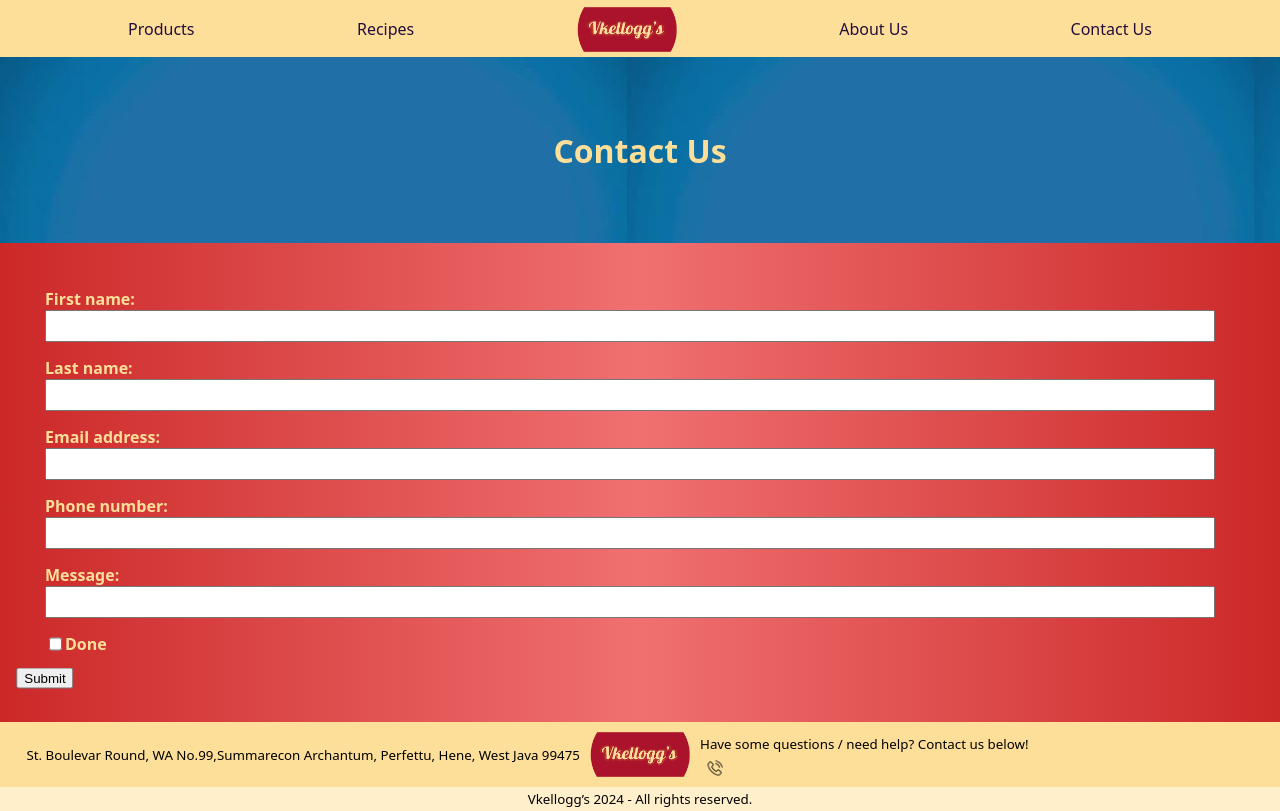
Repository: sugralld/VKelloggs
Page: Code and Assets/html/contactus.html
An editor plug-in stored every save of this project. The page is shown before and after a run of saves, followed by the edit.
The browser window is 1280 px wide. The pictures show the whole page.

Above is the page before, as saved 2024-12-04 06:25:25.

After the next 2 saves:
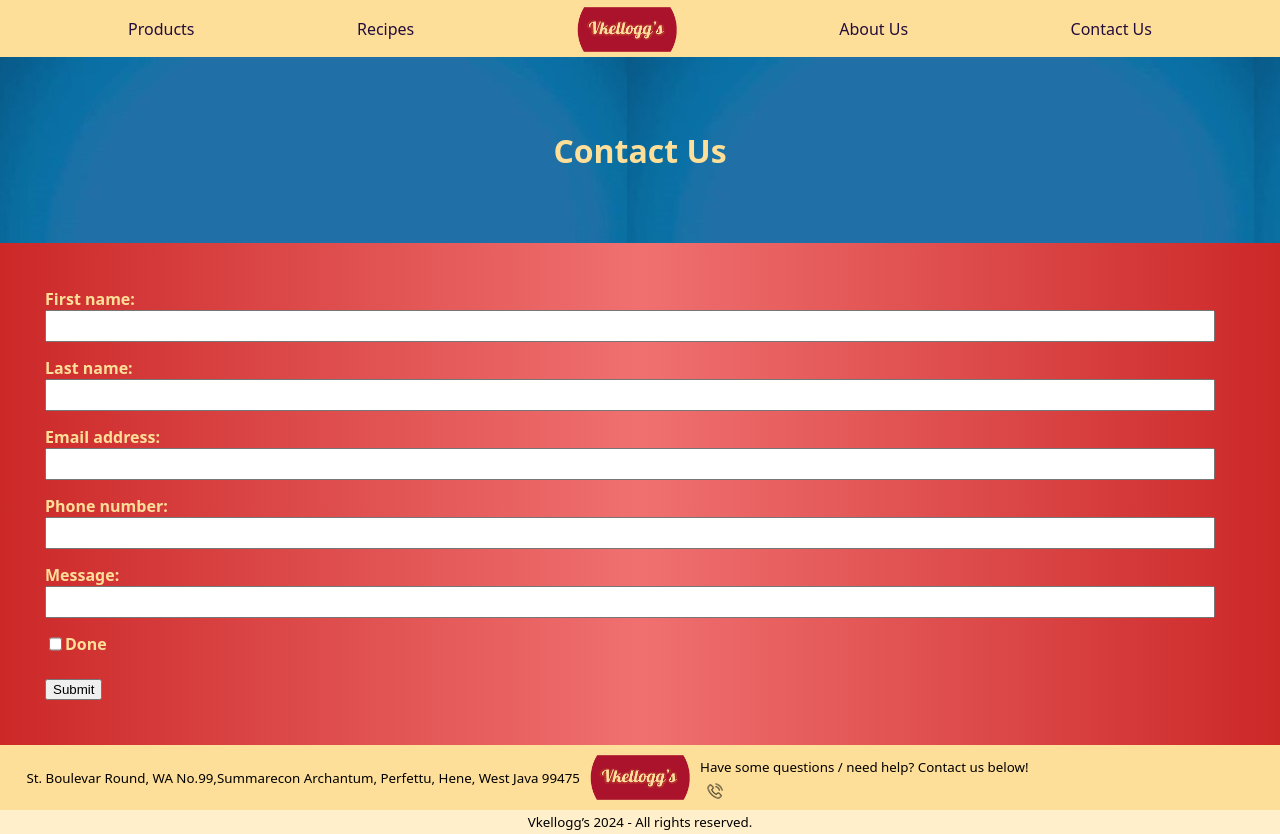
The 2 saves are shown as one change because they came seconds apart.
The last was saved 14 s later.
--- a/Code and Assets/css/contactus.css
+++ b/Code and Assets/css/contactus.css
@@ -35,8 +35,7 @@
 .button-container{
    padding: 0;
    text-align: centers;
-   position: absolute;
-   transform: translate(-50%, -50%);
+   position: ;
  }
 
 .button-container button{
